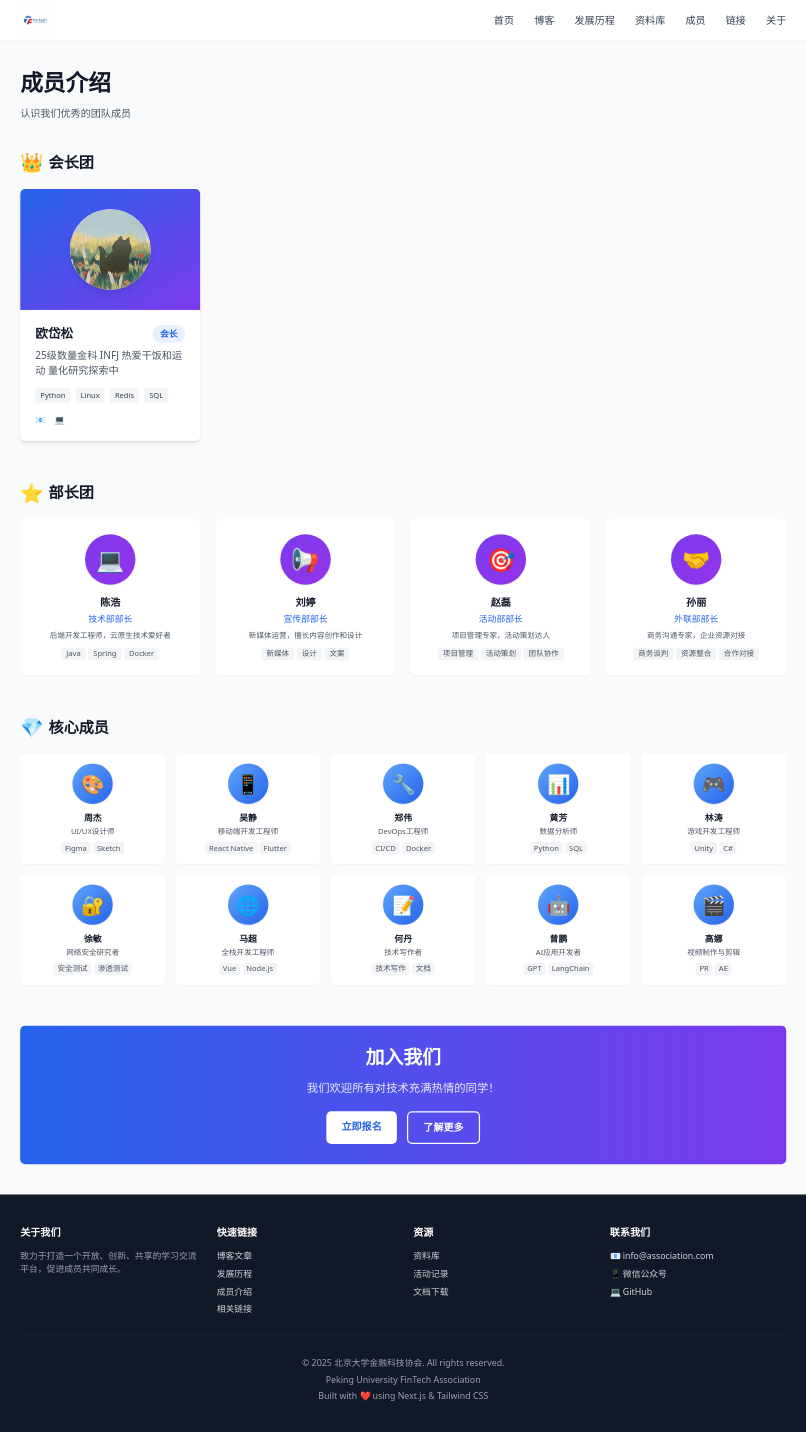
Repository: odsbaron/association-website
Page: /members
An editor plug-in stored every save of this project. The page is shown before and after the next save, followed by the edit.
The browser window is 1280 px wide. The pictures show the whole page, at 63% of full size.
The project was rebuilt for these pictures with package versions that can differ from the ones it lists, and the page was loaded fresh each time. The framework's server and built-in components were replaced by stand-ins that run in the browser. Also part of the build but not shown: next.config.js.

Above is the page before, as saved 2025-12-06 12:33:37.

### app/layout.tsx
import type { Metadata } from "next";
import "./globals.css";
import Header from "@/components/layout/Header";
import Footer from "@/components/layout/Footer";

export const metadata: Metadata = {
  title: "协会官方网站",
  description: "展示协会发展历程、活动资料和成员信息的官方平台",
};

export default function RootLayout({
  children,
}: Readonly<{
  children: React.ReactNode;
}>) {
  return (
    <html lang="zh-CN">
      <body className="min-h-screen flex flex-col">
        <Header />
        <main className="flex-1">
          {children}
        </main>
        <Footer />
      </body>
    </html>
  );
}

### app/members/page.tsx
import { getMembers } from "@/lib/members";
import Image from "next/image";

export default function MembersPage() {
  const members = getMembers();

  // 判断是否为图片URL
  const isImageUrl = (avatar: string) => {
    return avatar.startsWith('http') || avatar.startsWith('/') || avatar.endsWith('.png') || avatar.endsWith('.jpg') || avatar.endsWith('.jpeg') || avatar.endsWith('.gif');
  };

  return (
    <div className="max-w-7xl mx-auto px-4 sm:px-6 lg:px-8 py-12">
      <div className="mb-12">
        <h1 className="text-4xl font-bold mb-4">成员介绍</h1>
        <p className="text-gray-600">认识我们优秀的团队成员</p>
      </div>

      {/* 会长团 */}
      <section className="mb-16">
        <h2 className="text-2xl font-bold mb-6 flex items-center gap-2">
          <span className="text-3xl">👑</span>
          会长团
        </h2>
        <div className="grid md:grid-cols-4 gap-6">
          {members
            .filter((m) => m.role === "会长" || m.role === "副会长")
            .map((member) => (
              <div
                key={member.name}
                className="bg-white rounded-lg shadow-md overflow-hidden hover:shadow-xl transition-shadow"
              >
                <div className="h-48 bg-gradient-to-br from-primary to-secondary flex items-center justify-center">
                  <div className="w-32 h-32 bg-white rounded-full flex items-center justify-center text-6xl shadow-lg overflow-hidden">
                    {isImageUrl(member.avatar) ? (
                      <Image
                        src={member.avatar}
                        alt={member.name}
                        width={128}
                        height={128}
                        className="w-full h-full object-cover"
                      />
                    ) : (
                      member.avatar
                    )}
                  </div>
                </div>
                <div className="p-6">
                  <div className="flex items-center justify-between mb-2">
                    <h3 className="text-xl font-bold">{member.name}</h3>
                    <span className="px-3 py-1 bg-primary/10 text-primary text-sm font-semibold rounded-full">
                      {member.role}
                    </span>
                  </div>
                  <p className="text-gray-600 mb-4">{member.bio}</p>
                  <div className="flex flex-wrap gap-2 mb-4">
                    {member.skills.map((skill) => (
                      <span
                        key={skill}
                        className="px-2 py-1 bg-gray-100 text-gray-700 text-xs rounded"
                      >
                        {skill}
                      </span>
                    ))}
                  </div>
                  {member.contact && (
                    <div className="flex gap-3 text-sm text-gray-500">
                      {member.contact.email && (
                        <a
                          href={`mailto:${member.contact.email}`}
                          className="hover:text-primary"
                        >
                          📧
                        </a>
                      )}
                      {member.contact.github && (
                        <a
                          href={member.contact.github}
                          target="_blank"
                          rel="noopener noreferrer"
                          className="hover:text-primary"
                        >
                          💻
                        </a>
                      )}
                    </div>
                  )}
                </div>
              </div>
            ))}
        </div>
      </section>

      {/* 部长团 */}
      <section className="mb-16">
        <h2 className="text-2xl font-bold mb-6 flex items-center gap-2">
          <span className="text-3xl">⭐</span>
          部长团
        </h2>
        <div className="grid md:grid-cols-4 gap-6">
          {members
            .filter((m) => m.role.includes("部长"))
            .map((member) => (
              <div
                key={member.name}
                className="bg-white rounded-lg shadow-sm p-6 hover:shadow-md transition-shadow text-center"
              >
                <div className="w-20 h-20 bg-gradient-to-br from-secondary to-purple-600 rounded-full flex items-center justify-center text-4xl mx-auto mb-4 shadow overflow-hidden">
                  {isImageUrl(member.avatar) ? (
                    <Image
                      src={member.avatar}
                      alt={member.name}
                      width={80}
                      height={80}
                      className="w-full h-full object-cover"
                    />
                  ) : (
                    member.avatar
                  )}
                </div>
                <h3 className="font-bold mb-1">{member.name}</h3>
                <p className="text-sm text-primary mb-2">{member.role}</p>
                <p className="text-xs text-gray-600 mb-3">{member.bio}</p>
                <div className="flex flex-wrap gap-1 justify-center">
                  {member.skills.slice(0, 3).map((skill) => (
                    <span
                      key={skill}
                      className="px-2 py-0.5 bg-gray-100 text-gray-600 text-xs rounded"
                    >
                      {skill}
                    </span>
                  ))}
                </div>
              </div>
            ))}
        </div>
      </section>

      {/* 核心成员 */}
      <section>
        <h2 className="text-2xl font-bold mb-6 flex items-center gap-2">
          <span className="text-3xl">💎</span>
          核心成员
        </h2>
        <div className="grid md:grid-cols-5 gap-4">
          {members
            .filter((m) => m.role === "核心成员")
            .map((member) => (
              <div
                key={member.name}
                className="bg-white rounded-lg shadow-sm p-4 hover:shadow-md transition-shadow text-center"
              >
                <div className="w-16 h-16 bg-gradient-to-br from-blue-400 to-blue-600 rounded-full flex items-center justify-center text-3xl mx-auto mb-3 shadow overflow-hidden">
                  {isImageUrl(member.avatar) ? (
                    <Image
                      src={member.avatar}
                      alt={member.name}
                      width={64}
                      height={64}
                      className="w-full h-full object-cover"
                    />
                  ) : (
                    member.avatar
                  )}
                </div>
                <h3 className="font-semibold text-sm mb-1">{member.name}</h3>
                <p className="text-xs text-gray-600 mb-2 line-clamp-2">
                  {member.bio}
                </p>
                <div className="flex flex-wrap gap-1 justify-center">
                  {member.skills.slice(0, 2).map((skill) => (
                    <span
                      key={skill}
                      className="px-1.5 py-0.5 bg-gray-100 text-gray-600 text-xs rounded"
                    >
                      {skill}
                    </span>
                  ))}
                </div>
              </div>
            ))}
        </div>
      </section>

      {/* 加入我们 */}
      <section className="mt-16 bg-gradient-to-r from-primary to-secondary text-white rounded-lg p-8 text-center">
        <h2 className="text-3xl font-bold mb-4">加入我们</h2>
        <p className="text-lg mb-6 opacity-90">
          我们欢迎所有对技术充满热情的同学！
        </p>
        <div className="flex gap-4 justify-center">
          <a
            href="mailto:info@association.com"
            className="bg-white text-primary px-6 py-3 rounded-lg font-semibold hover:bg-gray-100 transition-colors"
          >
            立即报名
          </a>
          <a
            href="/about"
            className="bg-transparent border-2 border-white px-6 py-3 rounded-lg font-semibold hover:bg-white hover:text-primary transition-colors"
          >
            了解更多
          </a>
        </div>
      </section>
    </div>
  );
}

### app/globals.css
@tailwind base;
@tailwind components;
@tailwind utilities;

:root {
  --primary: 37 99 235;
  --secondary: 124 58 237;
  --accent: 245 158 11;
}

body {
  @apply bg-gray-50 text-gray-900;
}

/* 文章内容样式 */
.prose {
  @apply max-w-none;
}

.prose h1 {
  @apply text-3xl font-bold mt-8 mb-4 text-gray-900;
}

.prose h2 {
  @apply text-2xl font-bold mt-6 mb-3 text-gray-800;
}

.prose h3 {
  @apply text-xl font-semibold mt-4 mb-2 text-gray-700;
}

.prose p {
  @apply mb-4 leading-7 text-gray-700;
}

.prose a {
  @apply text-primary underline hover:text-primary-600 transition-colors;
}

.prose ul {
  @apply list-disc list-inside mb-4 space-y-2;
}

.prose ol {
  @apply list-decimal list-inside mb-4 space-y-2;
}

.prose code {
  @apply bg-gray-100 px-2 py-1 rounded text-sm font-mono;
}

.prose pre {
  @apply bg-gray-900 text-gray-100 p-4 rounded-lg overflow-x-auto mb-4;
}

.prose blockquote {
  @apply border-l-4 border-primary pl-4 italic my-4 text-gray-600;
}

.prose img {
  @apply rounded-lg my-6 shadow-md;
}

.prose table {
  @apply w-full border-collapse mb-4;
}

.prose th {
  @apply bg-gray-100 border border-gray-300 px-4 py-2 font-semibold;
}

.prose td {
  @apply border border-gray-300 px-4 py-2;
}

### components/layout/Header.tsx
"use client";

import Link from "next/link";
import Image from "next/image";
import { useState } from "react";

export default function Header() {
  const [mobileMenuOpen, setMobileMenuOpen] = useState(false);

  const navItems = [
    { name: "首页", href: "/" },
    { name: "博客", href: "/blog" },
    { name: "发展历程", href: "/timeline" },
    { name: "资料库", href: "/archives" },
    { name: "成员", href: "/members" },
    { name: "链接", href: "/links" },
    { name: "关于", href: "/about" },
  ];

  return (
    <header className="bg-white shadow-sm sticky top-0 z-50">
      <nav className="max-w-7xl mx-auto px-4 sm:px-6 lg:px-8">
        <div className="flex justify-between items-center h-16">
          {/* Logo */}
          <Link href="/" className="flex items-center space-x-3">
            <Image
              src="/logo.jpg"
              alt="北京大学金融科技协会"
              width={180}
              height={50}
              className="h-12 w-auto"
              priority
            />
          </Link>

          {/* Desktop Navigation */}
          <div className="hidden md:flex space-x-8">
            {navItems.map((item) => (
              <Link
                key={item.name}
                href={item.href}
                className="text-gray-700 hover:text-primary transition-colors font-medium"
              >
                {item.name}
              </Link>
            ))}
          </div>

          {/* Mobile menu button */}
          <button
            className="md:hidden p-2"
            onClick={() => setMobileMenuOpen(!mobileMenuOpen)}
          >
            <svg
              className="w-6 h-6"
              fill="none"
              stroke="currentColor"
              viewBox="0 0 24 24"
            >
              {mobileMenuOpen ? (
                <path
                  strokeLinecap="round"
                  strokeLinejoin="round"
                  strokeWidth={2}
                  d="M6 18L18 6M6 6l12 12"
                />
              ) : (
                <path
                  strokeLinecap="round"
                  strokeLinejoin="round"
                  strokeWidth={2}
                  d="M4 6h16M4 12h16M4 18h16"
                />
              )}
            </svg>
          </button>
        </div>

        {/* Mobile Navigation */}
        {mobileMenuOpen && (
          <div className="md:hidden py-4 border-t">
            {navItems.map((item) => (
              <Link
                key={item.name}
                href={item.href}
                className="block py-2 text-gray-700 hover:text-primary transition-colors font-medium"
                onClick={() => setMobileMenuOpen(false)}
              >
                {item.name}
              </Link>
            ))}
          </div>
        )}
      </nav>
    </header>
  );
}

### components/layout/Footer.tsx
import Link from "next/link";

export default function Footer() {
  const currentYear = new Date().getFullYear();

  return (
    <footer className="bg-gray-900 text-gray-300">
      <div className="max-w-7xl mx-auto px-4 sm:px-6 lg:px-8 py-12">
        <div className="grid md:grid-cols-4 gap-8">
          {/* About */}
          <div>
            <h3 className="text-white font-semibold mb-4">关于我们</h3>
            <p className="text-sm text-gray-400">
              致力于打造一个开放、创新、共享的学习交流平台，促进成员共同成长。
            </p>
          </div>

          {/* Quick Links */}
          <div>
            <h3 className="text-white font-semibold mb-4">快速链接</h3>
            <ul className="space-y-2 text-sm">
              <li>
                <Link href="/blog" className="hover:text-white transition-colors">
                  博客文章
                </Link>
              </li>
              <li>
                <Link href="/timeline" className="hover:text-white transition-colors">
                  发展历程
                </Link>
              </li>
              <li>
                <Link href="/members" className="hover:text-white transition-colors">
                  成员介绍
                </Link>
              </li>
              <li>
                <Link href="/links" className="hover:text-white transition-colors">
                  相关链接
                </Link>
              </li>
            </ul>
          </div>

          {/* Resources */}
          <div>
            <h3 className="text-white font-semibold mb-4">资源</h3>
            <ul className="space-y-2 text-sm">
              <li>
                <Link href="/archives" className="hover:text-white transition-colors">
                  资料库
                </Link>
              </li>
              <li>
                <a href="#" className="hover:text-white transition-colors">
                  活动记录
                </a>
              </li>
              <li>
                <a href="#" className="hover:text-white transition-colors">
                  文档下载
                </a>
              </li>
            </ul>
          </div>

          {/* Contact */}
          <div>
            <h3 className="text-white font-semibold mb-4">联系我们</h3>
            <ul className="space-y-2 text-sm">
              <li>
                <a href="mailto:info@association.com" className="hover:text-white transition-colors">
                  📧 info@association.com
                </a>
              </li>
              <li>
                <a href="#" className="hover:text-white transition-colors">
                  📱 微信公众号
                </a>
              </li>
              <li>
                <a href="https://github.com" className="hover:text-white transition-colors">
                  💻 GitHub
                </a>
              </li>
            </ul>
          </div>
        </div>

        <div className="border-t border-gray-800 mt-8 pt-8 text-sm text-center text-gray-400">
          <p>© {currentYear} 北京大学金融科技协会. All rights reserved.</p>
          <p className="mt-2">
            Peking University FinTech Association
          </p>
          <p className="mt-1">
            Built with ❤️ using Next.js & Tailwind CSS
          </p>
        </div>
      </div>
    </footer>
  );
}

### lib/members.ts
export interface Member {
  name: string;
  role: string;
  avatar: string; // emoji
  bio: string;
  skills: string[];
  contact?: {
    email?: string;
    github?: string;
    wechat?: string;
  };
}

export function getMembers(): Member[] {
  return [
    // 会长团
    {
      name: "欧岱松",
      role: "会长",
      avatar: "/images/avatars/25_oudaisong.jpg",
      bio: "25级数量金科  INFJ 热爱干饭和运动  量化研究探索中",
      skills: ["Python", "Linux","Redis","SQL"],
      contact: {
        email: "dsou25@stu.pku.edu.cn",
        github: "https://github.com/odsbaron",
      },
    },
    {
      name: "欧阳宏禹",
      role: "学术副会",
      avatar: "/images/avatars/25_ouyanghongyu.jpg",
      bio: "25级数量金科 主要研究方向是股票多因子和深度学习模型",
      skills: ["啥都会"],
      contact: {
        email: "hyouyang25@stu.pku.edu.cn",
        github: "https://github.com/limei",
      },
    },
    {
      name: "郭禹宏",
      role: "内外联副会",
      avatar: "/images/avatars/25_guoyuhong.jpg",
      bio: "25级经济学双学位  ISTJ 喜欢摄影和历史  职业路径探索中 喜欢流程图很好看的模型",
      skills: ["Python",  "数据科学"],
      contact: {
        email: "yhguo25@stu.pku.edu.cn",
        github: "https://github.com/wangqiang",
      },
    },
    {
      name: "王一茗",
      role: "宣传副会",
      avatar: "/images/avatars/25_wangyiming.jpg",
      bio: "25级数量金科 INFJ  喜欢干饭和保卫萝卜 互联网数科/量化研究探索中",
      skills: ["Python", "TensorFlow", "PyTorch", "数据科学"],
      contact: {
        email: "ymwang@stu.pku.edu.cn",
        github: "https://github.com/wangqiang",
      },
    },


    // 部长团
    {
      name: "陈浩",
      role: "技术部部长",
      avatar: "💻",
      bio: "后端开发工程师，云原生技术爱好者",
      skills: ["Java", "Spring", "Docker", "K8s"],
      contact: {
        github: "https://github.com/chenhao",
      },
    },
    {
      name: "刘婷",
      role: "宣传部部长",
      avatar: "📢",
      bio: "新媒体运营，擅长内容创作和设计",
      skills: ["新媒体", "设计", "文案", "运营"],
    },
    {
      name: "赵磊",
      role: "活动部部长",
      avatar: "🎯",
      bio: "项目管理专家，活动策划达人",
      skills: ["项目管理", "活动策划", "团队协作"],
    },
    {
      name: "孙丽",
      role: "外联部部长",
      avatar: "🤝",
      bio: "商务沟通专家，企业资源对接",
      skills: ["商务谈判", "资源整合", "合作对接"],
    },

    // 核心成员
    {
      name: "周杰",
      role: "核心成员",
      avatar: "🎨",
      bio: "UI/UX设计师",
      skills: ["Figma", "Sketch", "UI设计"],
    },
    {
      name: "吴静",
      role: "核心成员",
      avatar: "📱",
      bio: "移动端开发工程师",
      skills: ["React Native", "Flutter", "iOS"],
    },
    {
      name: "郑伟",
      role: "核心成员",
      avatar: "🔧",
      bio: "DevOps工程师",
      skills: ["CI/CD", "Docker", "Linux"],
    },
    {
      name: "黄芳",
      role: "核心成员",
      avatar: "📊",
      bio: "数据分析师",
      skills: ["Python", "SQL", "数据可视化"],
    },
    {
      name: "林涛",
      role: "核心成员",
      avatar: "🎮",
      bio: "游戏开发工程师",
      skills: ["Unity", "C#", "游戏设计"],
    },
    {
      name: "徐敏",
      role: "核心成员",
      avatar: "🔐",
      bio: "网络安全研究者",
      skills: ["安全测试", "渗透测试", "CTF"],
    },
    {
      name: "马超",
      role: "核心成员",
      avatar: "🌐",
      bio: "全栈开发工程师",
      skills: ["Vue", "Node.js", "MongoDB"],
    },
    {
      name: "何丹",
      role: "核心成员",
      avatar: "📝",
      bio: "技术写作者",
      skills: ["技术写作", "文档", "教程"],
    },
    {
      name: "曾鹏",
      role: "核心成员",
      avatar: "🤖",
      bio: "AI应用开发者",
      skills: ["GPT", "LangChain", "AI应用"],
    },
    {
      name: "高娜",
      role: "核心成员",
      avatar: "🎬",
      bio: "视频制作与剪辑",
      skills: ["PR", "AE", "视频制作"],
    },
  ];
}

### tailwind.config.ts
import type { Config } from "tailwindcss";

const config: Config = {
  content: [
    "./pages/**/*.{js,ts,jsx,tsx,mdx}",
    "./components/**/*.{js,ts,jsx,tsx,mdx}",
    "./app/**/*.{js,ts,jsx,tsx,mdx}",
  ],
  theme: {
    extend: {
      colors: {
        primary: {
          DEFAULT: '#2563eb',
          50: '#eff6ff',
          100: '#dbeafe',
          200: '#bfdbfe',
          300: '#93c5fd',
          400: '#60a5fa',
          500: '#3b82f6',
          600: '#2563eb',
          700: '#1d4ed8',
          800: '#1e40af',
          900: '#1e3a8a',
        },
        secondary: {
          DEFAULT: '#7c3aed',
          500: '#7c3aed',
          600: '#6d28d9',
        },
      },
    },
  },
  plugins: [],
};

export default config;

After the next save:
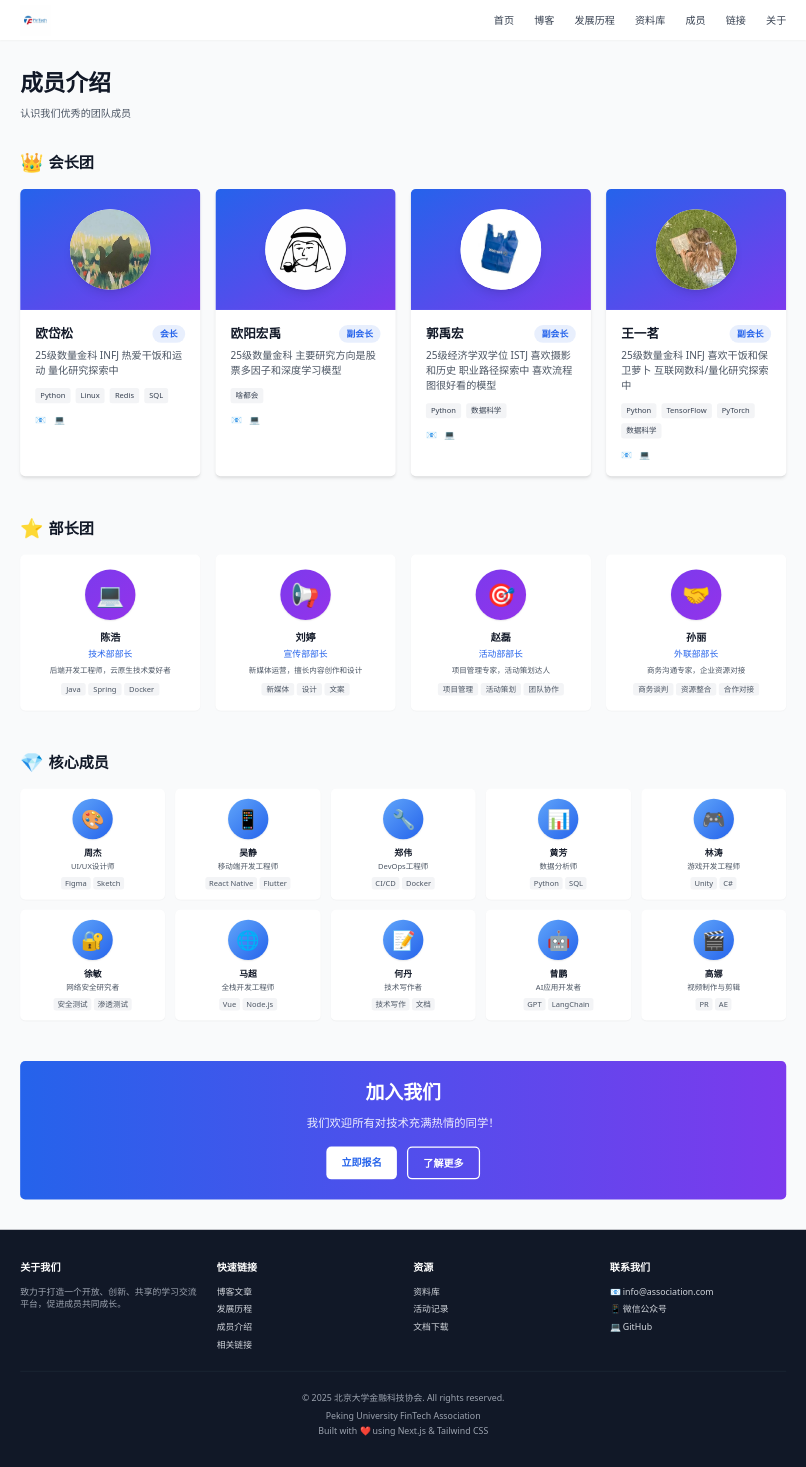
Saved 2 min 7 s later.
--- a/lib/members.ts
+++ b/lib/members.ts
@@ -27,7 +27,7 @@ export function getMembers(): Member[] {
     },
     {
       name: "欧阳宏禹",
-      role: "学术副会",
+      role: "副会长",
       avatar: "/images/avatars/25_ouyanghongyu.jpg",
       bio: "25级数量金科 主要研究方向是股票多因子和深度学习模型",
       skills: ["啥都会"],
@@ -38,7 +38,7 @@ export function getMembers(): Member[] {
     },
     {
       name: "郭禹宏",
-      role: "内外联副会",
+      role: "副会长",
       avatar: "/images/avatars/25_guoyuhong.jpg",
       bio: "25级经济学双学位  ISTJ 喜欢摄影和历史  职业路径探索中 喜欢流程图很好看的模型",
       skills: ["Python",  "数据科学"],
@@ -49,7 +49,7 @@ export function getMembers(): Member[] {
     },
     {
       name: "王一茗",
-      role: "宣传副会",
+      role: "副会长",
       avatar: "/images/avatars/25_wangyiming.jpg",
       bio: "25级数量金科 INFJ  喜欢干饭和保卫萝卜 互联网数科/量化研究探索中",
       skills: ["Python", "TensorFlow", "PyTorch", "数据科学"],
